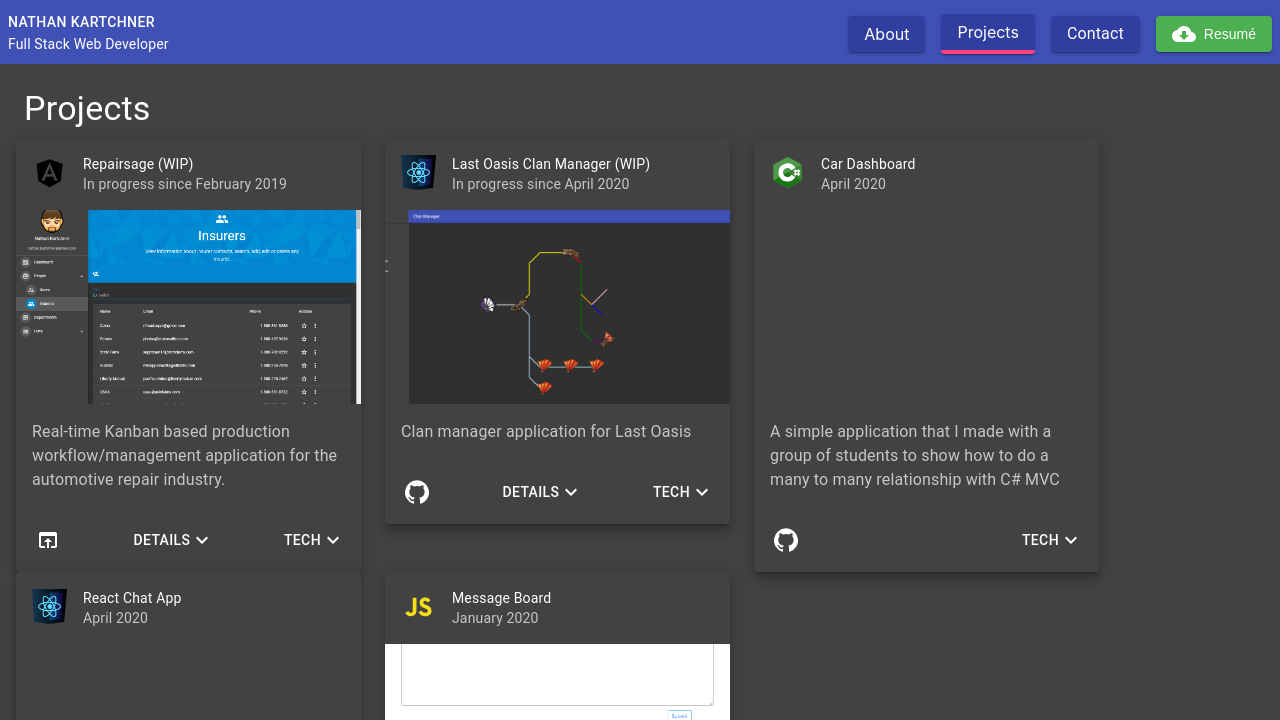
Repository: nkartchner/portfolio
Page: /projects
These files come from the project's save history. The page is drawn as it stood at one moment and after the next save; the edit follows.
The browser window is 1280 px wide. The pictures show the whole page.
An inner scrolling area shows only its first screen. The project was rebuilt for these pictures with package versions that can differ from the ones it lists, and the page was loaded fresh each time. Also part of the build but not shown: src/Home/Landing.tsx, src/Core/Tooltip.tsx, src/About/AboutMe.tsx, src/Contact/Contact.tsx, src/Contact/ContactMenu.tsx, src/Navigation/Menus/MobileNavMenu.tsx. Imported but missing from the stored project, and not drawn on this page: src/Home/media/dyno.mp4, src/Home/media/dyno_converted.webm.

Above is the page before, as saved 2020-07-04 14:56:20.

After the next save:
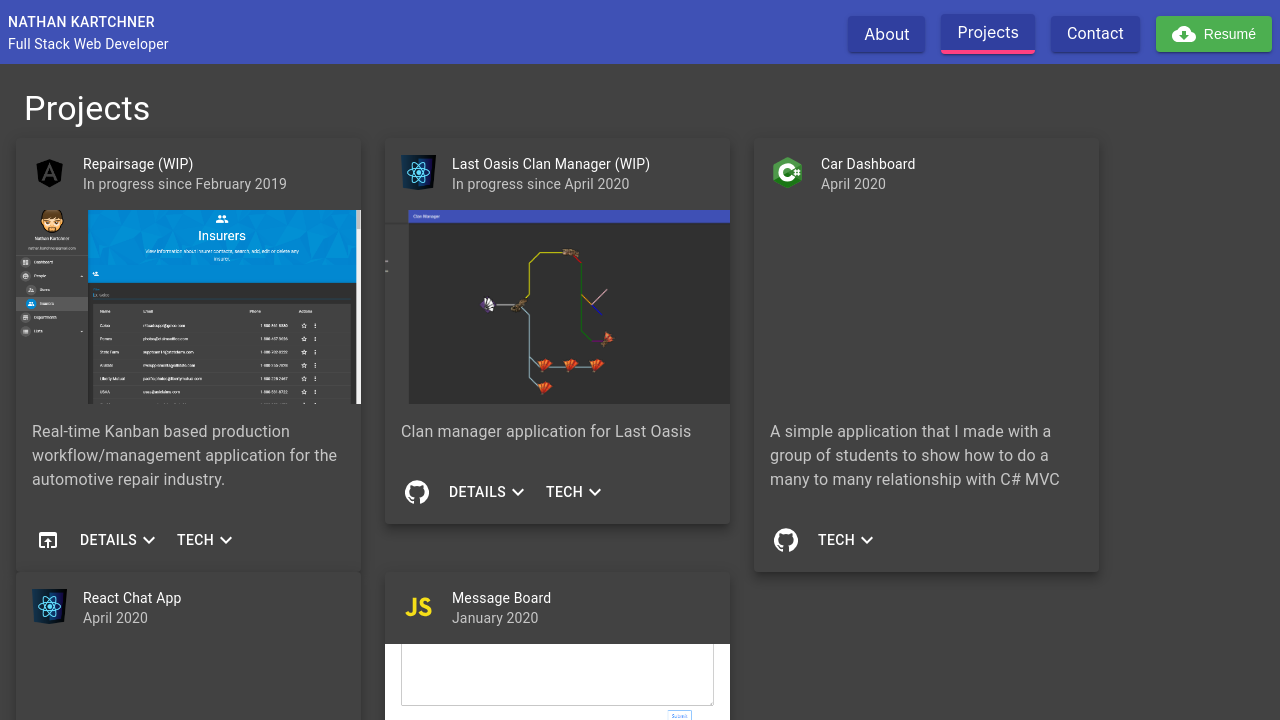
Saved 67 s later.
--- a/src/Projects/Project.tsx
+++ b/src/Projects/Project.tsx
@@ -48,7 +48,7 @@
     techIcon: {
       height: 35,
       width: 35,
-      padding: theme.spacing(1)
+      padding: theme.spacing(1),
     },
   })
 );
@@ -148,27 +148,31 @@
         )}
 
         {props.longDesc && (
-            <Button
+          <Button
+            onClick={handleExpandClick}
+            aria-expanded={expanded}
+            aria-label="show more"
+          >
+            Details{" "}
+            <ExpandMoreIcon
               className={clsx(classes.expand, {
                 [classes.expandOpen]: expanded,
               })}
-              onClick={handleExpandClick}
-              aria-expanded={expanded}
-              aria-label="show more"
-            >
-              Details <ExpandMoreIcon />
-            </Button>
+            />
+          </Button>
         )}
-          <Button
+        <Button
+          onClick={handleExpandTech}
+          aria-expanded={expandedTech}
+          aria-label="show more"
+        >
+          Tech{" "}
+          <ExpandMoreIcon
             className={clsx(classes.expand, {
               [classes.expandOpen]: expandedTech,
             })}
-            onClick={handleExpandTech}
-            aria-expanded={expandedTech}
-            aria-label="show more"
-          >
-            Tech <ExpandMoreIcon />
-          </Button>
+          />
+        </Button>
       </CardActions>
       {props.technologies && (
         <Collapse in={expandedTech} timeout="auto" unmountOnExit>
